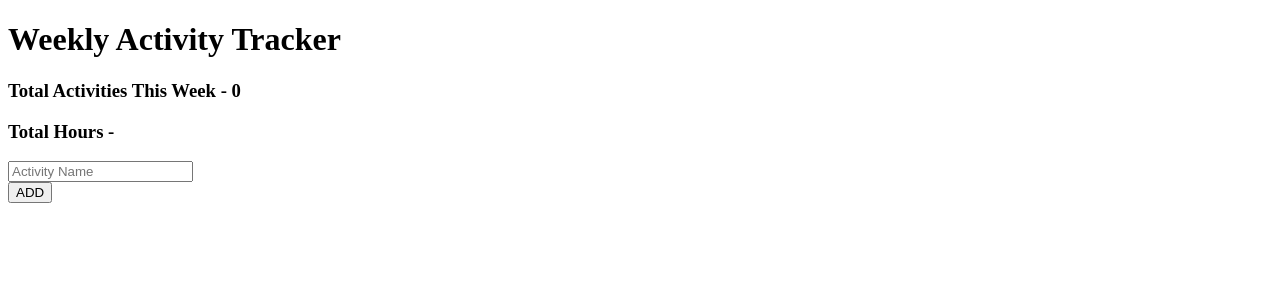
Repository: jenveigel/EventTracker
Page: http://localhost/MVCProject/
The author's editor kept a copy of each file at every save. The page is drawn from the files as they stood at one save, then again after the next save.
The browser window is 1280 px wide. The pictures show the whole page.
Some web libraries are served in a nearby version. The page is served by Tomcat 9.

Above is the page before, as saved 2018-01-08 05:56:33.

After the next save:
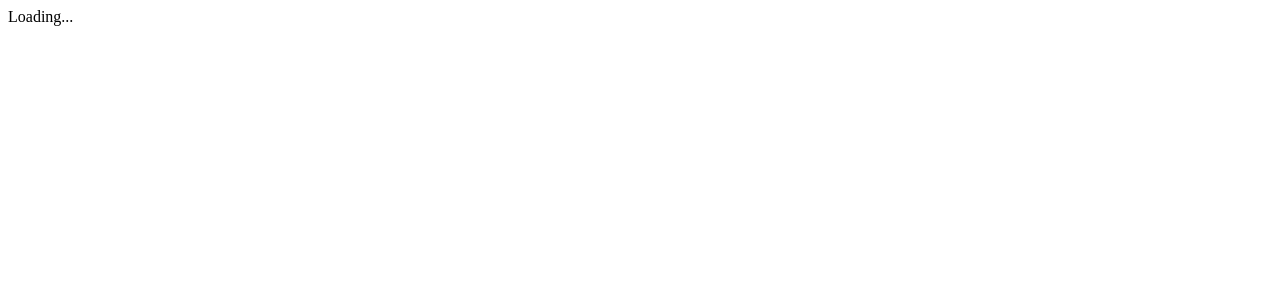
Console error: SyntaxError: Unexpected token '+='
Saved 73 s later.
--- a/MVCProject/WebContent/app/appModule/activityList/activityList.component.js
+++ b/MVCProject/WebContent/app/appModule/activityList/activityList.component.js
@@ -58,9 +58,9 @@
 			vm.totalHours = function(activity) {
 
 				for (var i = 0; i < vm.activities.length; i++) {
-					vm.total += activity.duration;
+					var total += activity.duration;
 				}
-				return vm.total;
+				return total;
 			}
 
 

After the save that followed:
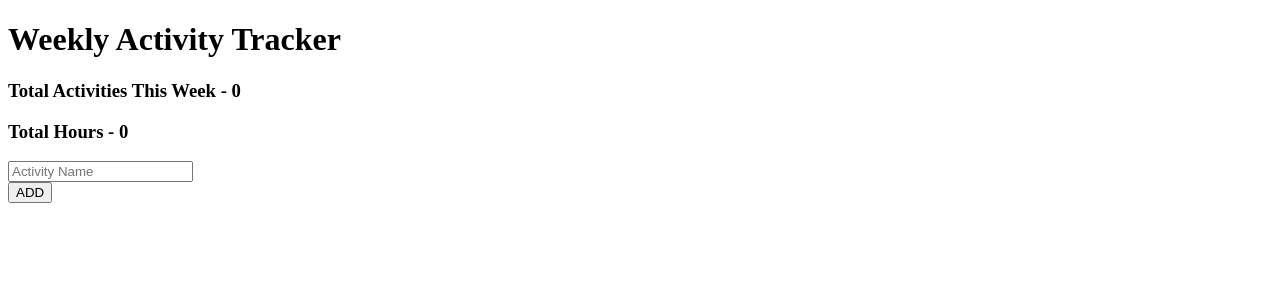
The error is gone.
Saved 17 s later.
--- a/MVCProject/WebContent/app/appModule/activityList/activityList.component.js
+++ b/MVCProject/WebContent/app/appModule/activityList/activityList.component.js
@@ -56,9 +56,9 @@
 			}
 
 			vm.totalHours = function(activity) {
-
+				var total = 0;
 				for (var i = 0; i < vm.activities.length; i++) {
-					var total += activity.duration;
+					total += activity.duration;
 				}
 				return total;
 			}
